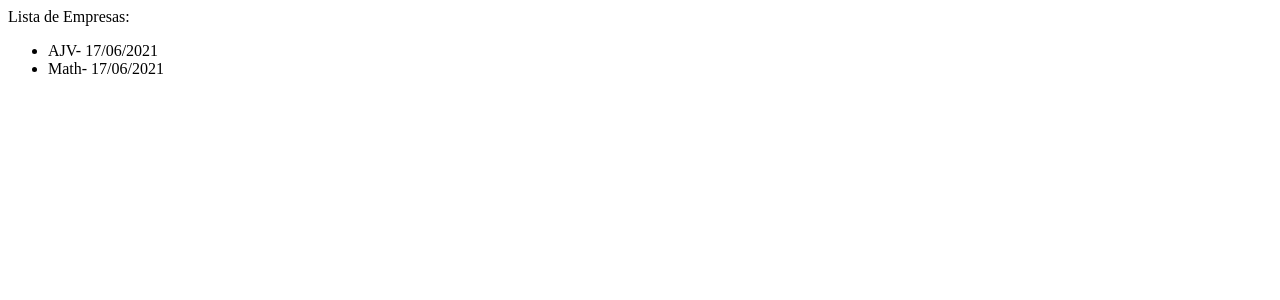
Repository: MathSzoke/JavaWebServlet
Page: http://localhost/gerenciador/listaEmpresas
These files come from the project's save history. The page is drawn as it stood at one moment and after the next save; the edit follows.
The browser window is 1280 px wide. The pictures show the whole page.
The page is served by Tomcat 9.

Above is the page before, as saved 2021-06-17 18:38:13.

After the next save:
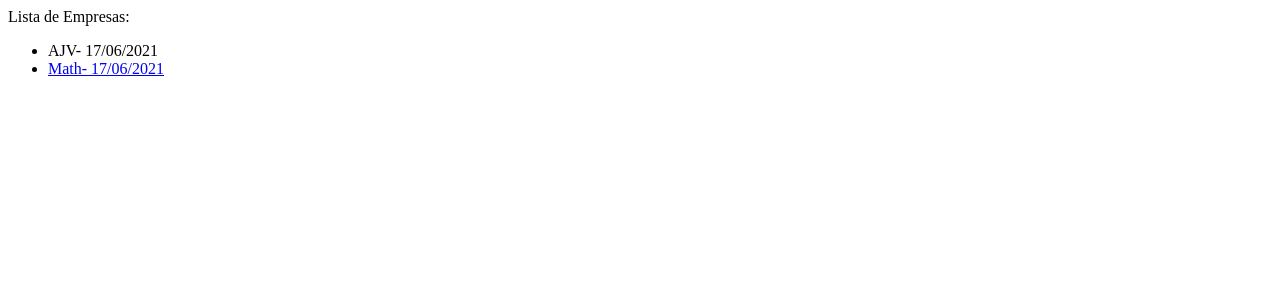
Saved 16 min 8 s later.
--- a/gerenciador/WebContent/listaEmpresas.jsp
+++ b/gerenciador/WebContent/listaEmpresas.jsp
@@ -22,7 +22,9 @@
 		<c:forEach items="${ empresas }" var="empresa">
 
 			<li>${empresa.nome }- <fmt:formatDate
-					value="${ empresa.dataAbertura }" pattern="dd/MM/yyyy" /></li>
+					value="${ empresa.dataAbertura }" pattern="dd/MM/yyyy" />
+					<a href="/gerenciador/deleteEmpresa" />
+					</li>
 		</c:forEach>
 	</ul>
 </body>
